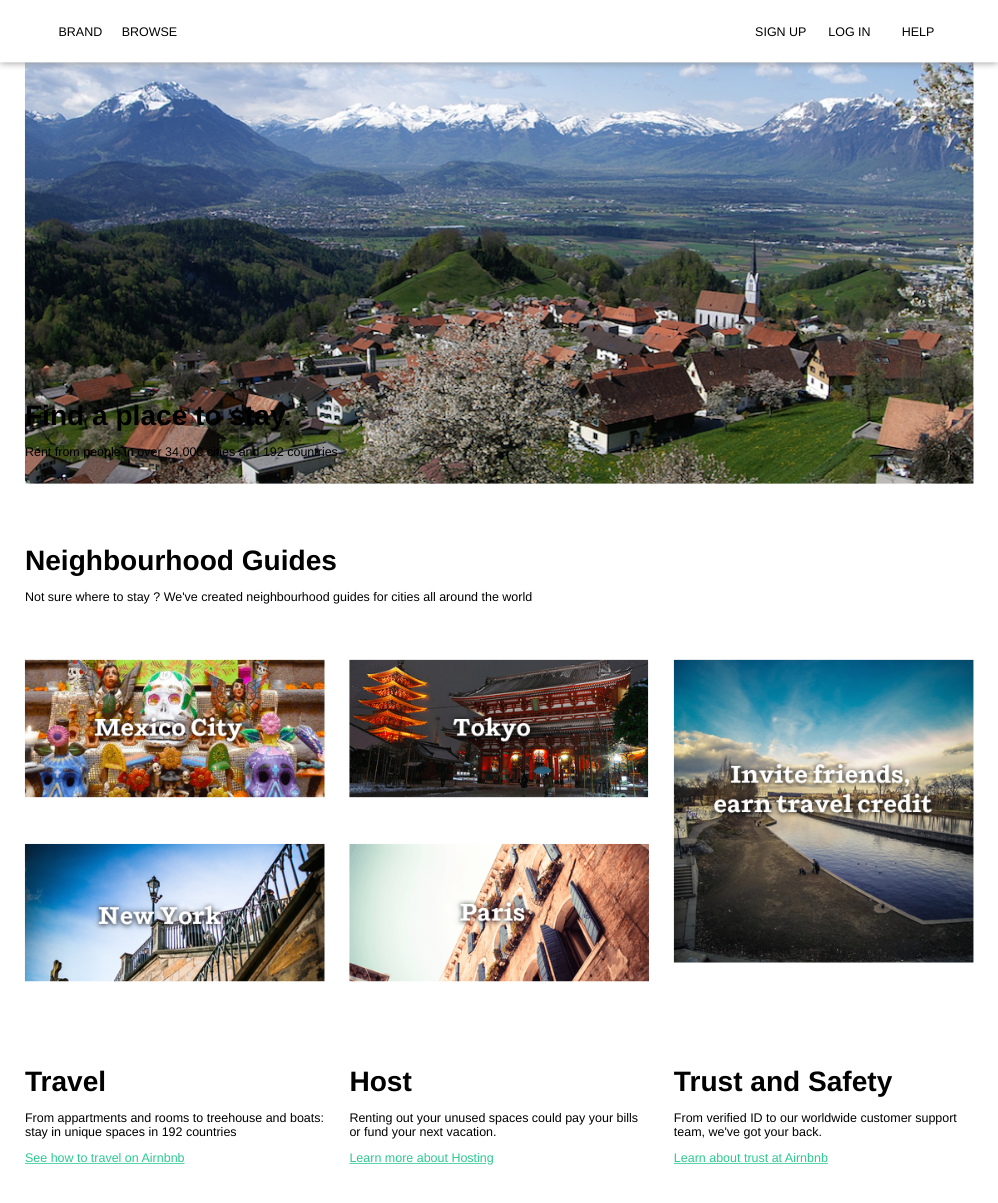
Repository: Naohonproject/web101x02-asm3
Page: Project3.html
These files come from the project's save history. The page is drawn as it stood at one moment and after the next save; the edit follows.
The browser window is 1280 px wide. The pictures show the whole page, at 78% of full size.

Above is the page before, as saved 2022-01-22 15:52:59.

### Project3.html
<!-- @format -->

<!DOCTYPE html>
<html lang="en">
	<head>
		<meta charset="UTF-8" />
		<meta http-equiv="X-UA-Compatible" content="IE=edge" />
		<meta name="viewport" content="width=device-width, initial-scale=1.0" />
		<link rel="stylesheet" href="./assets/css/style.css" />

		<link rel="stylesheet" href="./assets/css/layout.css" />
		<link rel="stylesheet" href="./assets/css/responsive.css" />
		<title>Home</title>
	</head>
	<body id="web-container">
		<header id="header">
			<div class="header-wrapper">
				<div class="nav-bar">
					<div class="left-col">
						<div class="nav-item ml">
							<a href="#">Brand</a>
						</div>

						<div class="nav-item ml">
							<a href="#">Browse</a>
						</div>
					</div>

					<div class="right-col">
						<div class="nav-item ml">
							<a href="Signup.html" target="_blank">Sign Up</a>
						</div>

						<div class="nav-item ml">
							<a href="login.html" target="_blank">Log In</a>
						</div>

						<div class="nav-item ml mr">
							<a href="#" target="_blank">Help</a>
						</div>
					</div>
				</div>
			</div>
		</header>

		<div id="main" class="p-32">
			<div id="banner">
				<div class="banner-wrapper">
					<div class="content-heading">
						<h1 class="bold-text">Find a place to stay.</h1>
					</div>
					<div class="content-desc">
						<p>Rent from people in over 34,000 cities and 192 countries</p>
					</div>
				</div>
			</div>

			<div id="section">
				<div class="section-wrapper">
					<div class="section-heading">
						<h2 class="bold-text">Neighbourhood Guides</h2>
					</div>
					<div class="section-desc">
						<p>
							Not sure where to stay ? We've created neighbourhood guides for
							cities all around the world
						</p>
					</div>
				</div>
			</div>

			<div id="img-list">
				<div class="img-list-wrapper row">
					<div class="image-block col-tablet-6 col-desktop-4">
						<img
							class="first-img"
							src="./assets/img/web101x-Mexico City.png"
							alt="Mexico City"
							width="360"
						/>
						<img
							src="./assets/img/web101x-New York.png"
							alt="New York City"
							width="360"
						/>
					</div>
					<div class="image-block col-tablet-6 col-desktop-4">
						<img
							class="first-img"
							src="./assets/img/web101x-Tokyo.png"
							alt="Tokyo City"
							width="360"
						/>
						<img
							src="./assets/img/web101x-Paris.png"
							alt="Paris City"
							width="360"
						/>
					</div>
					<div class="image-block col-tablet-6 col-desktop-4">
						<img
							src="./assets/img/web101x-Invitation.png"
							alt="Invitation image"
							width="360"
						/>
					</div>
				</div>
				<div class="clear"></div>
			</div>
		</div>

		<footer id="footer" class="p-32">
			<div class="footer-wrapper row">
				<div class="footer-block col-desktop-4">
					<h3 class="bold-text">Travel</h3>
					<p>
						From appartments and rooms to treehouse and boats: stay in unique
						spaces in 192 countries
					</p>
					<a href="#">See how to travel on Airnbnb</a>
				</div>

				<div class="footer-block col-desktop-4">
					<h3 class="bold-text">Host</h3>
					<p>
						Renting out your unused spaces could pay your bills or fund your
						next vacation.
					</p>
					<a href="#">Learn more about Hosting</a>
				</div>

				<div class="footer-block col-desktop-4">
					<h3 class="bold-text">Trust and Safety</h3>
					<p>
						From verified ID to our worldwide customer support team, we've got
						your back.
					</p>
					<a href="#">Learn about trust at Airnbnb</a>
				</div>
				<div class="clear"></div>
			</div>
		</footer>
	</body>
</html>

### assets/css/style.css
/**
 * /* ======reset css======
 *
 * @format
 */

*,
::before,
::after {
	padding: 0;
	margin: 0;
	box-sizing: border-box;
	list-style-type: none;
	text-decoration: none;
	color: #000;
}

html {
	font-family: "Helvetica Neue", Helvetica, Arial;
}

.header-wrapper {
	font-size: 16px;
}

.nav-bar a {
	color: #fff;
	text-transform: uppercase;
}

### assets/css/layout.css
/** @format */

.ml {
	margin-left: 10px;
}

.mr {
	margin-right: 10px;
}

.row {
	display: flex;
	flex-direction: row;
	flex-wrap: wrap;
}

.bold-text {
	font-size: 36px;
	font-weight: bold;
}

.row > * {
	width: 100%;
	max-width: 100%;
	flex-shrink: 0;
}

.col-1 {
	width: 8.33%;
}
.col-2 {
	width: 16.66%;
}
.col-3 {
	width: 25%;
}
.col-4 {
	width: 33.33%;
}
.col-5 {
	width: 41.66%;
}
.col-6 {
	width: 50%;
}
.col-7 {
	width: 58.33%;
}
.col-8 {
	width: 66.66%;
}
.col-9 {
	width: 75%;
}
.col-10 {
	width: 83.33%;
}
.col-11 {
	width: 91.66%;
}
.col-12 {
	width: 100%;
}

#header {
	width: 100%;
	height: 80px;
	background-color: #60646d;
	background-clip: border-box;
	position: fixed;
	left: 0;
	top: 0;
	z-index: 1;
}

.nav-bar {
	display: flex;
	flex-direction: row;
	flex-wrap: no-wrap;
	align-items: center;
	justify-content: space-evenly;
	padding: 0 20px;
}

.nav-item {
	width: 70px;
	height: 80px;
	padding: 32px 0;
	text-align: center;
}

.left-col {
	display: flex;
	flex: 2;
	flex-direction: row;
	justify-content: space-around;
	align-items: center;
}

.right-col {
	display: flex;
	flex: 3;
	flex-direction: row;
	justify-content: space-around;
	align-items: center;
}

#main {
	margin-top: 80px;
}

#main,
#footer {
	padding: 32px;
}

#banner {
	width: 100%;
	background-color: #fff;
	color: #000;
	position: relative;
	top: 0;
	left: 0;
}

div[class*="-heading"] {
	padding-top: 36px;
}

div[class*="-desc"] {
	margin-top: 16px;
}

#section {
	margin-top: 42px;
}

#img-list {
	width: 100%;
}

.img-list-wrapper {
	padding: 24px 0;
	margin: 0 auto;
}

#img-list img {
	width: 100%;
	margin-top: 56px;
}

.footer-block {
	padding: 24px 0;
}

.footer-block > * {
	padding: 16px 0;
}

#footer a {
	color: #2cc990;
	text-decoration: underline;
}

### assets/css/responsive.css
/** @format */

/* ========responsive for tablet */

@media screen and (min-width: 768px) {
	#header {
		background-color: #60646d;
	}

	.nav-bar {
		padding: 0 28px;
	}

	.left-col {
		justify-content: flex-start;
	}

	.right-col {
		justify-content: flex-end;
	}

	.ml {
		margin-left: 14px;
	}

	.mr {
		margin-right: 14px;
	}

	.img-list-wrapper {
		margin: 0 -24px;
	}

	.col-tablet-1 {
		width: 8.33%;
	}
	.col-tablet-2 {
		width: 16.66%;
	}
	.col-tablet-3 {
		width: 25%;
	}
	.col-tablet-4 {
		width: 33.33%;
	}
	.col-tablet-5 {
		width: 41.66%;
	}
	.col-tablet-6 {
		width: 50%;
		padding: 0 24px;
	}
	.col-tablet-7 {
		width: 58.33%;
	}
	.col-tablet-8 {
		width: 66.66%;
	}
	.col-tablet-9 {
		width: 75%;
	}
	.col-tablet-10 {
		width: 83.33%;
	}
	.col-tablet-11 {
		width: 91.66%;
	}
	.col-tablet-12 {
		width: 100%;
	}

	#footer p {
		padding-top: 0;
	}

	#main {
		padding-bottom: 0;
	}

	#footer {
		padding-top: 0;
	}

	.footer-block {
		margin-top: 32px;
	}

	#banner {
		border-bottom: 1px solid #d4d4d4;
	}

	div[class*="-desc"] {
		padding-bottom: 32px;
	}

	#img-list {
		margin-top: -56px;
	}
}

/* ========responsive for desktop */

@media screen and (min-width: 992px) {
	#header {
		background-color: #fff;
		box-shadow: 0 0 10px gray;
	}

	.nav-bar {
		padding: 0 50px;
	}

	.left-col {
		justify-content: flex-start;
	}

	.right-col {
		justify-content: flex-end;
	}

	.ml {
		margin-left: 18px;
	}

	.mr {
		margin-right: 18px;
	}

	.nav-bar a {
		color: #000;
	}
	.row {
		margin: 0 -16px;
	}

	.col-desktop-1 {
		width: 8.33%;
	}
	.col-desktop-2 {
		width: 16.66%;
	}
	.col-desktop-3 {
		width: 25%;
	}
	.col-desktop-4 {
		width: 33.33%;
		padding: 16px;
	}
	.col-desktop-5 {
		width: 41.66%;
	}
	.col-desktop-6 {
		width: 50%;
	}
	.col-desktop-7 {
		width: 58.33%;
	}
	.col-desktop-8 {
		width: 66.66%;
	}
	.col-desktop-9 {
		width: 75%;
	}
	.col-desktop-10 {
		width: 83.33%;
	}
	.col-desktop-11 {
		width: 91.66%;
	}
	.col-desktop-12 {
		width: 100%;
	}

	#main {
		margin-top: -32px;
	}

	#banner {
		padding-top: 39.123607%;
		background: url(../img/banner/banner.png) top center / cover no-repeat;
		background-origin: border-box;
		border: none;
	}
}

After the next save:
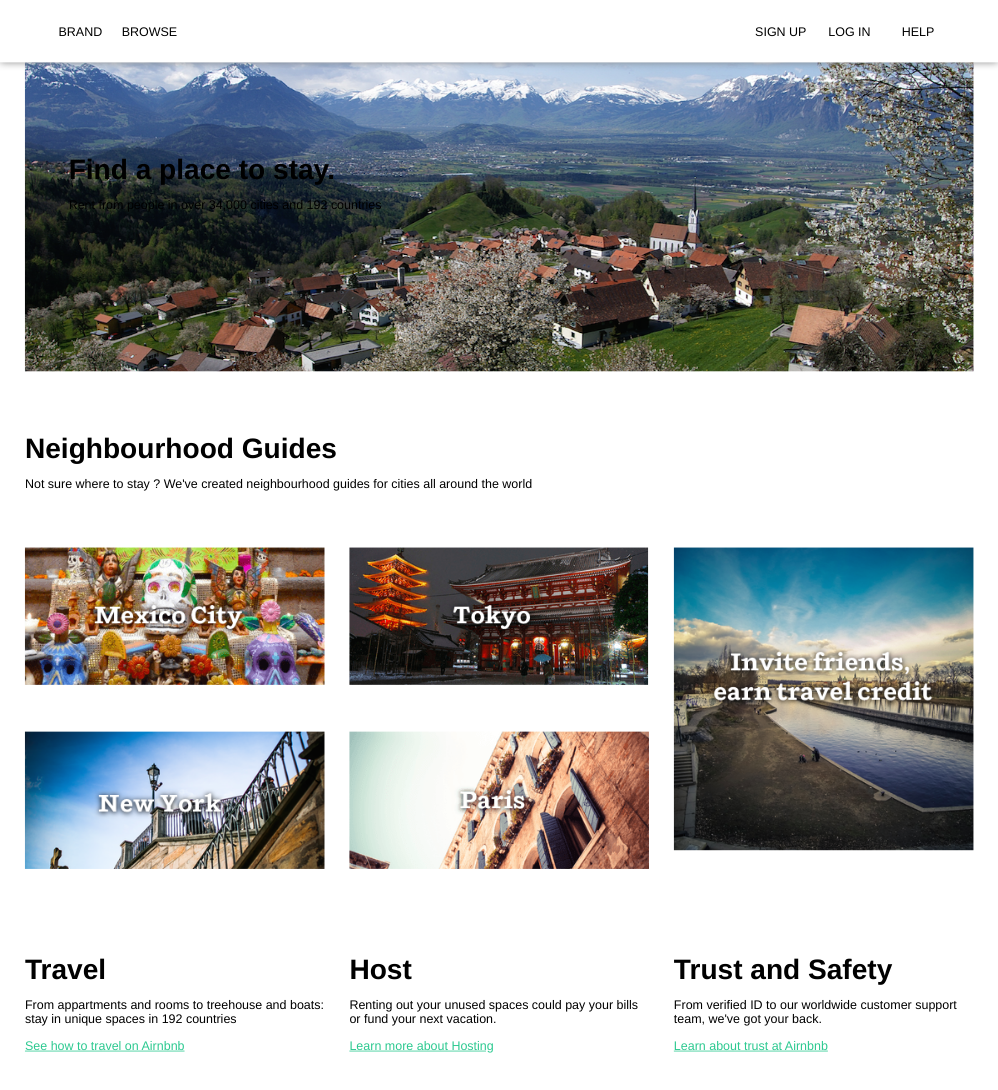
Saved 2 min 46 s later.
--- a/assets/css/responsive.css
+++ b/assets/css/responsive.css
@@ -181,4 +181,10 @@
 		background-origin: border-box;
 		border: none;
 	}
+
+	.banner-wrapper {
+		position: absolute;
+		top: 160px;
+		left: 56px;
+	}
 }
